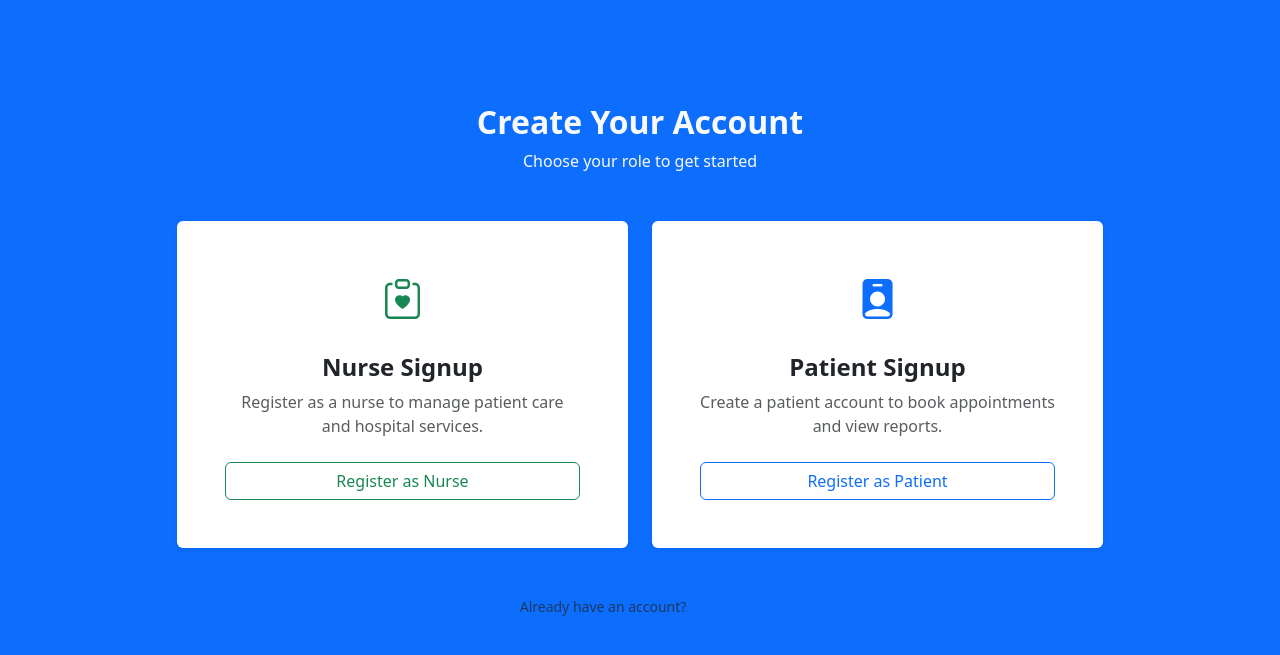
Repository: Rajasekaran0415/LifeCare-Management-System
Page: Project/signup.html
These files come from the project's save history. The page is drawn as it stood at one moment and after the next save; the edit follows.
The browser window is 1280 px wide. The pictures show the whole page.

Above is the page before, as saved 2025-12-26 21:40:30.

### Project/signup.html
<!DOCTYPE html>
<html lang="en">
<head>
  <meta charset="UTF-8">
  <title>Signup Selection</title>

  <!-- Bootstrap CSS -->
  <link href="https://cdn.jsdelivr.net/npm/bootstrap@5.3.3/dist/css/bootstrap.min.css" rel="stylesheet">

  <!-- Bootstrap Icons -->
  <link href="https://cdn.jsdelivr.net/npm/bootstrap-icons/font/bootstrap-icons.css" rel="stylesheet">
</head>

<body class="bg-primary d-flex align-items-center" style="min-height:100vh;">

  <div class="container">

    <!-- Header -->
    <div class="text-center mb-5">
      <h2 class="fw-bold text-light">Create Your Account</h2>
      <p class="text-light">Choose your role to get started</p>
    </div>

    <!-- Signup Cards -->
    <div class="row justify-content-center g-4">

      <!-- Nurse Signup -->
      <div class="col-md-5">
        <div class="card border-0 shadow-sm h-100">
          <div class="card-body text-center p-5">

            <div class="mb-4 text-success">
              <i class="bi bi-clipboard-heart fs-1"></i>
            </div>

            <h4 class="fw-bold">Nurse Signup</h4>
            <p class="text-muted mb-4">
              Register as a nurse to manage patient care and hospital services.
            </p>

            <a href="nursesignup.html" class="btn btn-outline-success w-100">
              Register as Nurse
            </a>

          </div>
        </div>
      </div>

      <!-- Patient Signup -->
      <div class="col-md-5">
        <div class="card border-0 shadow-sm h-100">
          <div class="card-body text-center p-5">

            <div class="mb-4 text-primary">
              <i class="bi bi-person-badge-fill fs-1"></i>
            </div>

            <h4 class="fw-bold">Patient Signup</h4>
            <p class="text-muted mb-4">
              Create a patient account to book appointments and view reports.
            </p>

            <a href="patientsignup.html" class="btn btn-outline-primary w-100">
              Register as Patient
            </a>

          </div>
        </div>
      </div>

    </div>

    <div class="text-center mt-5 text-muted small">
      Already have an account?
      <a href="login.html" class="text-decoration-light">Login here</a>
    </div>

  </div>

</body>
</html>

After the next save:
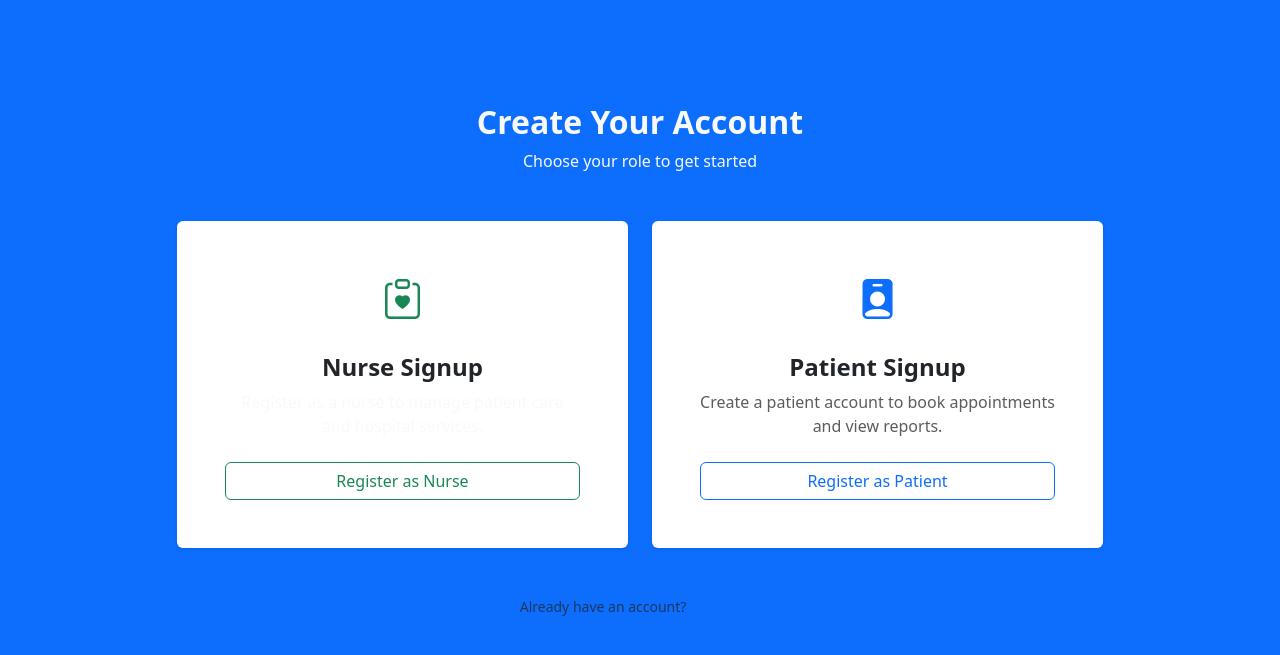
Saved 8 s later.
--- a/Project/signup.html
+++ b/Project/signup.html
@@ -34,7 +34,7 @@
             </div>
 
             <h4 class="fw-bold">Nurse Signup</h4>
-            <p class="text-muted mb-4">
+            <p class="text-light mb-4">
               Register as a nurse to manage patient care and hospital services.
             </p>
 
